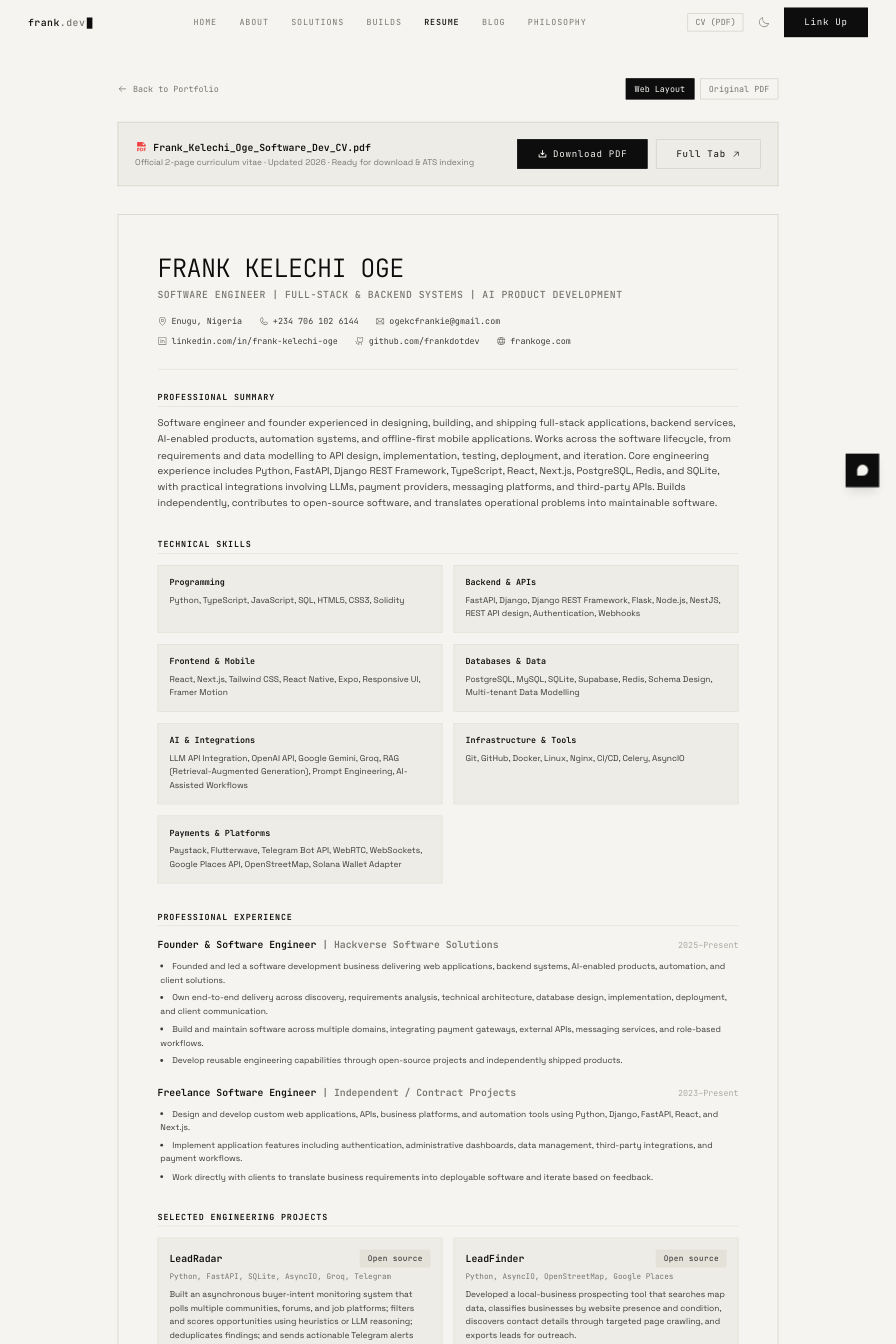
Repository: frankdotdev/frankdotdev
Page: /resume
These files come from the project's save history. The page is drawn as it stood at one moment and after the next save; the edit follows.
The browser window is 1280 px wide. The pictures show the part of the page from y = 0 to 1920 px (the page is 3822 px tall), at 70% of full size.
The project was rebuilt for these pictures with package versions that can differ from the ones it lists, and the page was loaded fresh each time. The framework's server and built-in components were replaced by stand-ins that run in the browser. Also part of the build but not shown: next.config.js.

Above is the page before, as saved 2026-11-13 11:40:19.

After the next save:
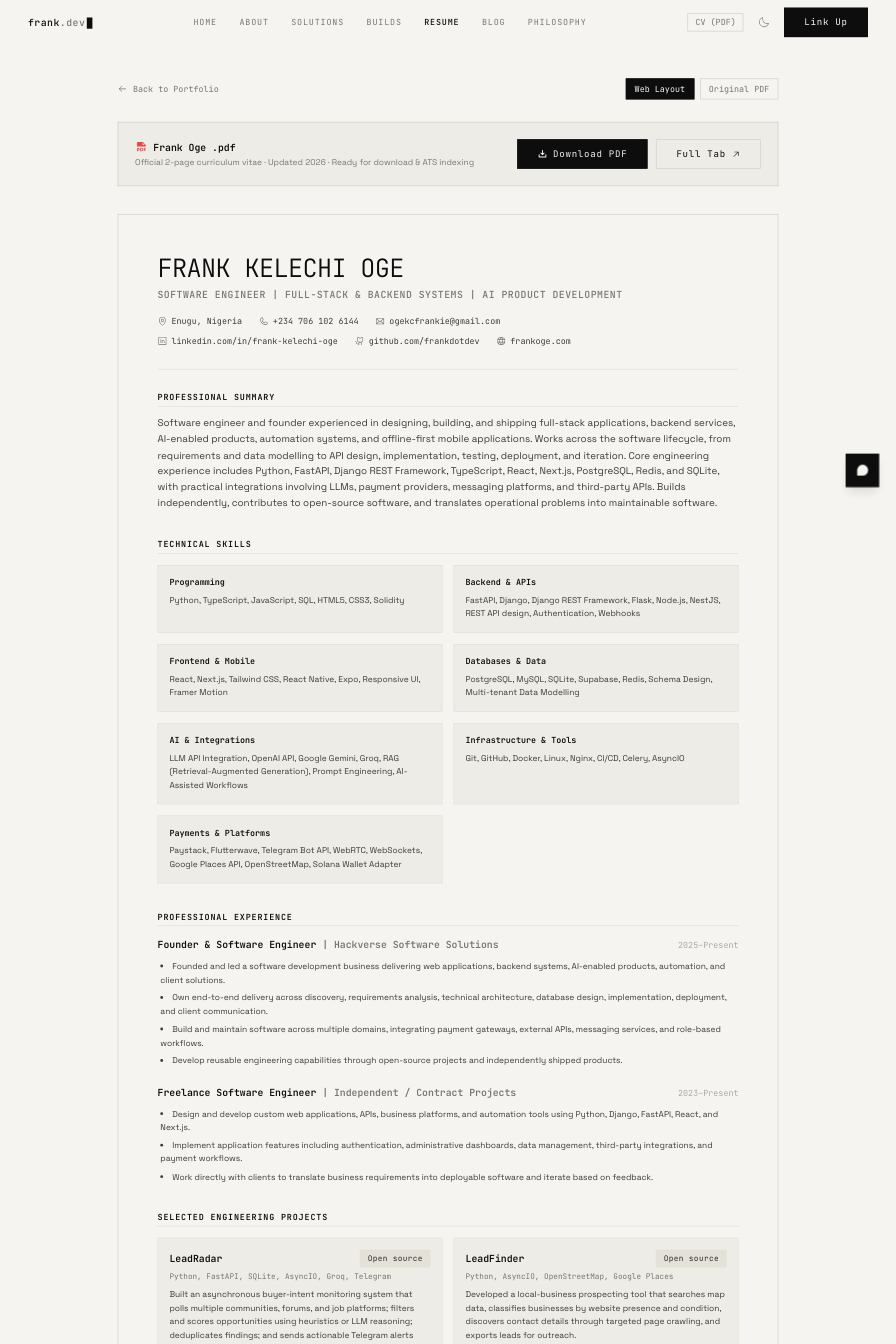
Saved 2 min 30 s later.
--- a/src/components/ResumeClient.tsx
+++ b/src/components/ResumeClient.tsx
@@ -244,7 +244,7 @@ export default function ResumeClient() {
               <div className="flex items-center gap-2 mb-1">
                 <FilePdf size={18} weight="fill" style={{ color: "#ef4444" }} />
                 <h1 className="font-mono text-sm font-semibold" style={{ color: "var(--text-primary)" }}>
-                  Frank_Kelechi_Oge_Software_Dev_CV.pdf
+                  Frank Oge .pdf
                 </h1>
               </div>
               <p className="text-xs" style={{ color: "var(--text-muted)" }}>
